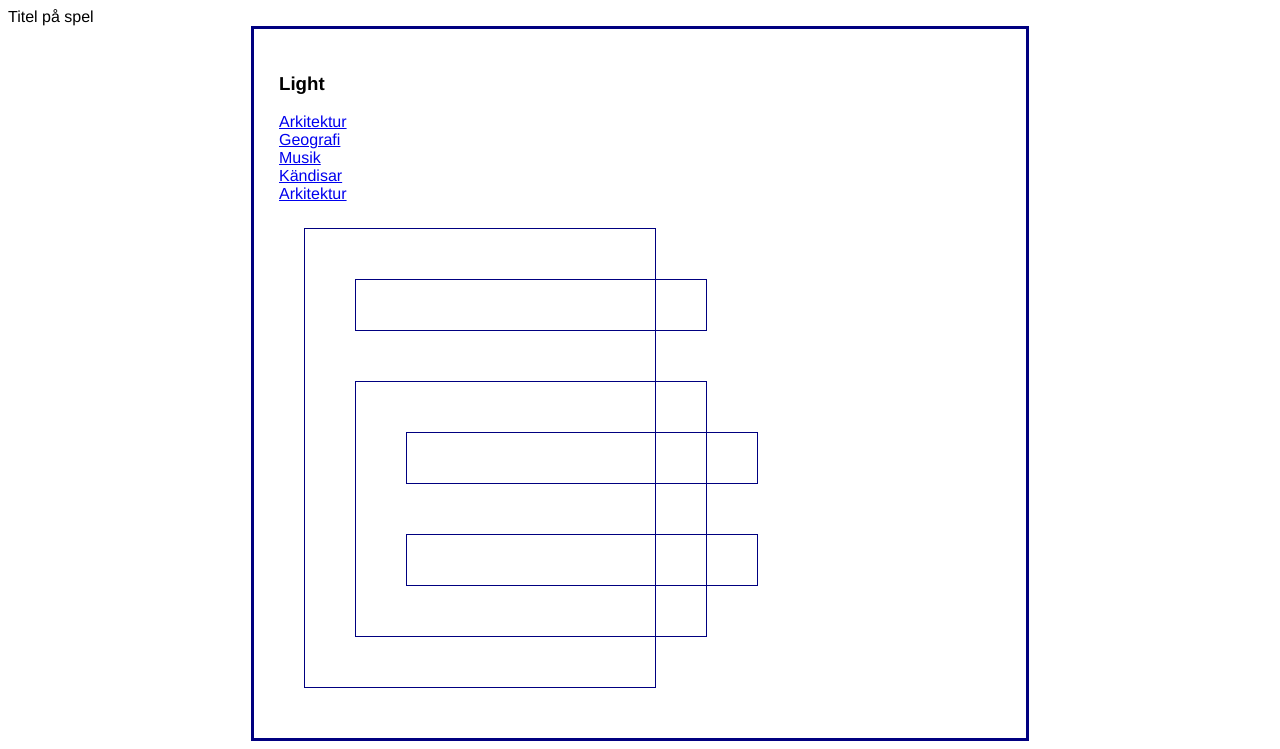
Repository: ed222gg/project2
Page: pages/start.html
The author's editor kept a record of every edit. The page is drawn from the files as they stood at one moment, then again after the next edit.
The browser window is 1280 px wide. The pictures show the whole page.

Above is the page before.
Console error: TypeError: Cannot read properties of null (reading 'addEventListener')

### pages/start.html
<!DOCTYPE html>
<html>

<head>
    <meta charset="utf-8" />
    <title>Index</title>
    <link rel="stylesheet" type="text/css" href="../css/style.css" />
</head>

<body>
    <header>Titel på spel</header>
    <main>

         <section id="content" class="clearfix">
        <section class="light-buttons">
          <div class="right">
            <h1 class="dark-header">Light</h1>

            <a href="#" class="button lightbg-blue clearfix">
              <span>Arkitektur</span>
              <div class="icon">
                <div class="arrow"></div>
              </div>
            </a>
            <a href="#" class="button lightbg-pink clearfix">
              <span>Geografi</span>
              <div class="icon">
                <div class="arrow"></div>
              </div>
            </a>
            <a href="#" class="button lightbg-orange clearfix">
              <span>Musik</span>
              <div class="icon">
                <div class="arrow"></div>
              </div>
            </a>
            <a href="#" class="button lightbg-green clearfix">
              <span>Kändisar</span>
              <div class="icon">
                <div class="arrow"></div>
              </div>
            </a>
          </div>
            <a href="#" class="button lightbg-green clearfix">
              <span>Arkitektur</span>
              <div class="icon">
                <div class="arrow"></div>
              </div>
            </a>
          </div>
        </section>
       <!-- <div id="container">
            <div id="help">?</div>
            <div id="CategoryTitle"><p>Kategori</div>
            <div id="categories">


                    <ul class="classmenu"><nav>
                        <div id="li0"><li class="anim"> <a href="#" class="button lightbg-blue clearfix">Djur och natur</li></div>
                        <div id="li1"><li class="anim"><a href="#" id="01">Geografi</a></li></div>
                        <div id="li2"><li class="anim"><a href="#" id="01">Musik</a></li></div>
                        <div id="li3"><li class="anim"><a href="#" id="01">Kändisar</a></li></div>
                        <div id="li4"><li class="anim"><a href="#" id="01">Arkitektur</a></li></div>

                    </ul>
               </nav>
             -->


            </div>
        </div>
        <!-- <template id="tamplate"> -->
        <div id="gameLayout">
            <div id="topLayout"></div>
            <div id="bottomLayout">
                <div id="bottomLeft"></div>
            <div id="bottomRight"></div>
        </div>
        </div>
        <!-- </template> -->

    </main>
    <script src="../script/Game.js" type="text/javascript"></script>
</body>

</html>

<!-- main funktionen
   var template = document.querySelector('#template');
   var gameLayout = template.content.querySelector('#gameLayout').cloneNode(true);

   // om du vill hämta element i main funktionen
   gameLayout.questionP = gameLayout.querySelector('#question');
   gameLayout.questionP.innerHTML ='vem van vm 2011';

   // lägger ut allt
   container.appendChild(gameLayout);
   <--

### css/style.css
body{
    background:#fff;
}

main{
    /* float: right; */
  overflow: auto;
  margin: auto;
  width: 722px;
  padding: 25px;
  border: 3px solid navy;
  background-color:#ffffff;
}
header{}
input{

    margin: 20px;}

#template{ }
#gameLayout{
    float:left;
    width: 300px;
    padding: 25px;
    border: 1px solid navy;
    margin: 25px;}
#topLayout{
      float:left;
      width: 300px;
    padding: 25px;
    border: 1px solid navy;
    margin: 25px;}
#bottomLayout{   float:left;width: 300px;
    padding: 25px;
    border: 1px solid navy;
    margin: 25px;}
#bottomLeft{  float:left; width: 300px;
    padding: 25px;
    border: 1px solid navy;
    margin: 25px;}
#bottomRight{   float:left;width: 300px;
    padding: 25px;
    border: 1px solid navy;
    margin: 25px;}



#categories{  float:left;
    margin: 0px;
    padding: 0px;
    list-style-type: none;
}


#container{    overflow: auto;
  /* float: left; */
  width: 567px;
  padding: -29px;
 /* border: 8px solid navy;*/
  margin: auto;
}


#CategoryTitle{


}


 ul{


 }
 li{  /* width: 51px; */

  /* font-family: serif; */
  list-style-type: none;
  /* width: 200px; */

 }

/*li:hover {*/
/*  cursor:pointer;*/

/* }*/

/*#li0{*/
/*background-color:#5F8FCB;*/
/*border-bottom-style: solid;  */

/*}*/
/*#li1{*/
/*background-color:#BF3626;*/
/*border-bottom-style: solid;    */
/*}*/

/*#li2{*/
/*background-color:#94B03C;*/
/*border-bottom-style: solid;    */
/*}*/

/*#li3{*/
/*background-color:#E87228;*/
/*border-bottom-style: solid;    */
/*}*/
/*#li4{*/
/*background-color:#9653C1;*/
/*  border-bottom-left-radius: 18px;*/
/*  border-bottom-right-radius:18px;*/

/*}*/

/*a{*/


/*}*/


/*#CategoryTitle*/
/*{background-color:#D5D844}*/

.dark-buttons {
float: left;
padding-left: 10%;
width: 40%;
}
Inherited from body
index.html
body {
font-family: "anivers", "helvetica", "Arial", "Helvetica", sans-serif;
}

.left {
float: left;
}
default values
div {
display: block;
}
Inherited from body
index.html
body {
font-family: "anivers", "helvetica", "Arial", "Helvetica", sans-serif;
}

.light-header {
color: #f0f0f0;
font-size: 32px;
font-weight: 700;
line-height: 1em;
margin-bottom: 20px;
text-shadow: 1px 1px 0px;
}
default values
h1 {
display: block;
font-size: 2em;
font-weight: 700;
margin-bottom: 0.67em;
margin-top: 0.67em;
}
Inherited from body
index.html
body {
font-family: "anivers", "helvetica", "Arial", "Helvetica", sans-serif;
}


index.html
.button {
border-bottom-left-radius: 6px;
border-bottom-right-radius: 6px;
border-top-left-radius: 6px;
border-top-right-radius: 6px;
cursor: pointer;
display: block;
font-size: 18px;
font-weight: 700;
margin-bottom: 20px;
padding-bottom: 0.48em;
padding-left: 0.8em;
padding-right: 0.8em;
padding-top: 0.48em;
text-decoration: none;
text-shadow: 0px -1px 0px;
width: 9.5em;
}
index.html
.darkbg-blue {
background-color: #64a8a6;
box-shadow: 0px 0px 0px 1px inset, 0px 4px 0px 0px, 0px 5px 0px 0px, 0px 8px 0px 0px;
color: #dafffe;
}
default values
a {
color: #0000cc;
text-decoration: underline;
}

body {
font-family: "anivers", "helvetica", "Arial", "Helvetica", sans-serif;
}

### script/Game.js
"use strict"; //objekt.metod/egenskap(argument)

var Game= {




    correct: 0,
    questionsArray: [],

     gameOn: {
        animal: {
            question: 'Vem väger mest?',

            answer: [ {
                bild1: 'frg',
                bild2: 'dfg',
                r: ''
            },
            {   bild1: '',
                bild2: '',
                r: ''

            },
            {   bild1: '',
                bild2: '',
                r: ''
            },
            {   bild1: '',
                bild2: '',
                r: ''

            },
            {   bild1: '',
                bild2: '',
                r: ''

            },
            {   bild1: '',
                bild2: '',
                r: ''

            }]
        },

        geo:{
            question: 'Vad ligger mest söder ut?',

            answer: [ {
                bild1: '',
                bild2: '',
                r: ''
            },
            {   bild1: '',
                bild2: '',
                r: ''

            },
            {   bild1: '',
                bild2: '',
                r: ''
            },
            {   bild1: '',
                bild2: '',
                r: ''

            },
            {   bild1: '',
                bild2: '',
                r: ''

            },
            {   bild1: '',
                bild2: '',
                r: ''

            }]
        },

        music:{
            question: 'Vilken artist/grupp bildades först?',

            answer: [ {
                bild1: '',
                bild2: '',
                r: ''
            },
            {   bild1: '',
                bild2: '',
                r: ''

            },
            {   bild1: '',
                bild2: '',
                r: ''
            },
            {   bild1: '',
                bild2: '',
                r: ''

            },
            {   bild1: '',
                bild2: '',
                r: ''

            },
            {   bild1: '',
                bild2: '',
                r: ''

            }]
        },

         celeb:{
            question: 'Vilken artist/grupp bildades först?',

            answer: [ {
                bild1: '',
                bild2: '',
                r: ''
            },
            {   bild1: '',
                bild2: '',
                r: ''

            },
            {   bild1: '',
                bild2: '',
                r: ''
            },
            {   bild1: '',
                bild2: '',
                r: ''

            },
            {   bild1: '',
                bild2: '',
                r: ''

            },
            {   bild1: '',
                bild2: '',
                r: ''

            }]
        },

     },


    init: function() {

      var animalBtn = document.getElementById("li0");
      animalBtn.addEventListener("click", function() {
          	document.getElementById("categories").innerHTML = "";
          	document.getElementById("CategoryTitle").innerHTML = "Vem väger mest?";
          	Game.ran('animal');

      });

      var GeoBtn = document.getElementById("li1");
       GeoBtn.addEventListener("click", function() {
           document.getElementById("categories").innerHTML = "";
          	document.getElementById("CategoryTitle").innerHTML = "Vad ligger mest söder ut?";
          Game.ran('geo');

      });

      var MusicBtn = document.getElementById("li2");
      MusicBtn.addEventListener("click", function() {
          document.getElementById("categories").innerHTML = "";
          	document.getElementById("CategoryTitle").innerHTML = "Vilken artist/grupp bildades först?";
          Game.ran('music');

      });

       var CelebBtn = document.getElementById("li1");
      CelebBtn.addEventListener("click", function() {
           document.getElementById("categories").innerHTML = "";
          	document.getElementById("CategoryTitle").innerHTML = "vem är äldst?";
          Game.ran('celeb');

      });

       var MovieTvBtn = document.getElementById("li1");
      MovieTvBtn.addEventListener("click", function() {


      });




    },

    ran: function(catName) {
        //Game.gameOn.catName.rubrik // rubriken
        //Game.gameOn.catName.question.length // gör en random funktion med längden av denna
        var random = Math.floor((Math.random() * Game.gameOn[catName].answer.length) +1);


        Game.gameOn[catName].answer[random]; // x = svaret random ger
        console.log(random);



    }

};
//När sidan har laddads in så anropas init.
window.onload = Game.init;


 /* // main funktionen
   var template = document.querySelector('#template');
   var gameLayout = template.content.querySelector('#gameLayout').cloneNode(true);

   // om du vill hämta element i main funktionen
   gameLayout.questionP = gameLayout.querySelector('#question');
   gameLayout.questionP.innerHTML ='vem van vm 2011';

   // lägger ut allt
   container.appendChild(gameLayout);*/

After the next edit:
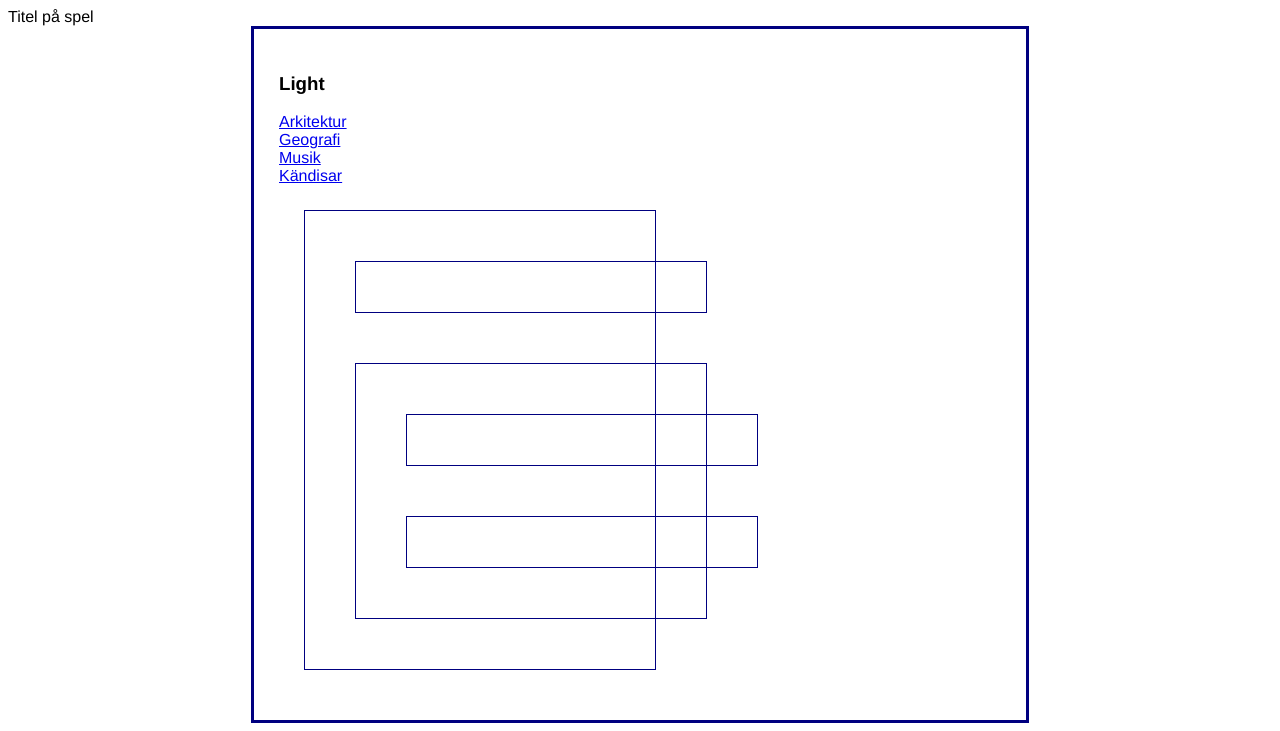
The edit:
--- a/pages/start.html
+++ b/pages/start.html
@@ -41,13 +41,7 @@
               </div>
             </a>
           </div>
-            <a href="#" class="button lightbg-green clearfix">
-              <span>Arkitektur</span>
-              <div class="icon">
-                <div class="arrow"></div>
-              </div>
-            </a>
-          </div>
+
         </section>
        <!-- <div id="container">
             <div id="help">?</div>
